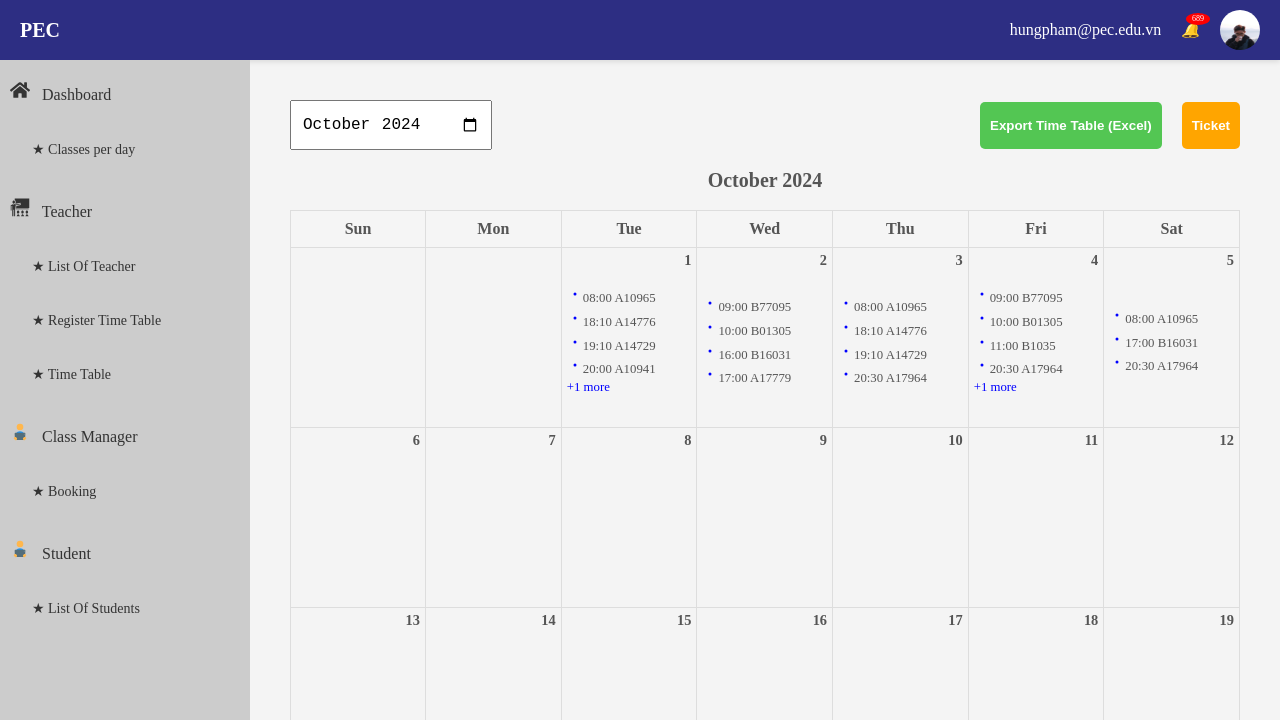
Repository: BitDanceLabels/Bumblebee_BDG
Page: /teacher-timetable
These files come from the project's save history. The page is drawn as it stood at one moment and after the next save; the edit follows.
The browser window is 1280 px wide. The pictures show the whole page.
An inner scrolling area shows only its first screen. The project was rebuilt for these pictures with package versions that can differ from the ones it lists, and the page was loaded fresh each time. Also part of the build but not shown: vite.config.js, src/components/Dashboard/ScheduleComponent.jsx, src/components/Management/Booking.jsx, src/components/modal/CreateStudentModal.jsx, src/components/Student/ListOfStudent.jsx, src/components/modal/CreateTeacherModal.jsx, src/components/Teacher/TeacherTable.jsx, src/components/Teacher/ListOfTeacher.jsx and 9 more. Imported but missing from the stored project, and not drawn on this page: src/components/modal/DeactiveStudentModal.

Above is the page before, as saved 2024-10-07 10:09:59.

After the next save:
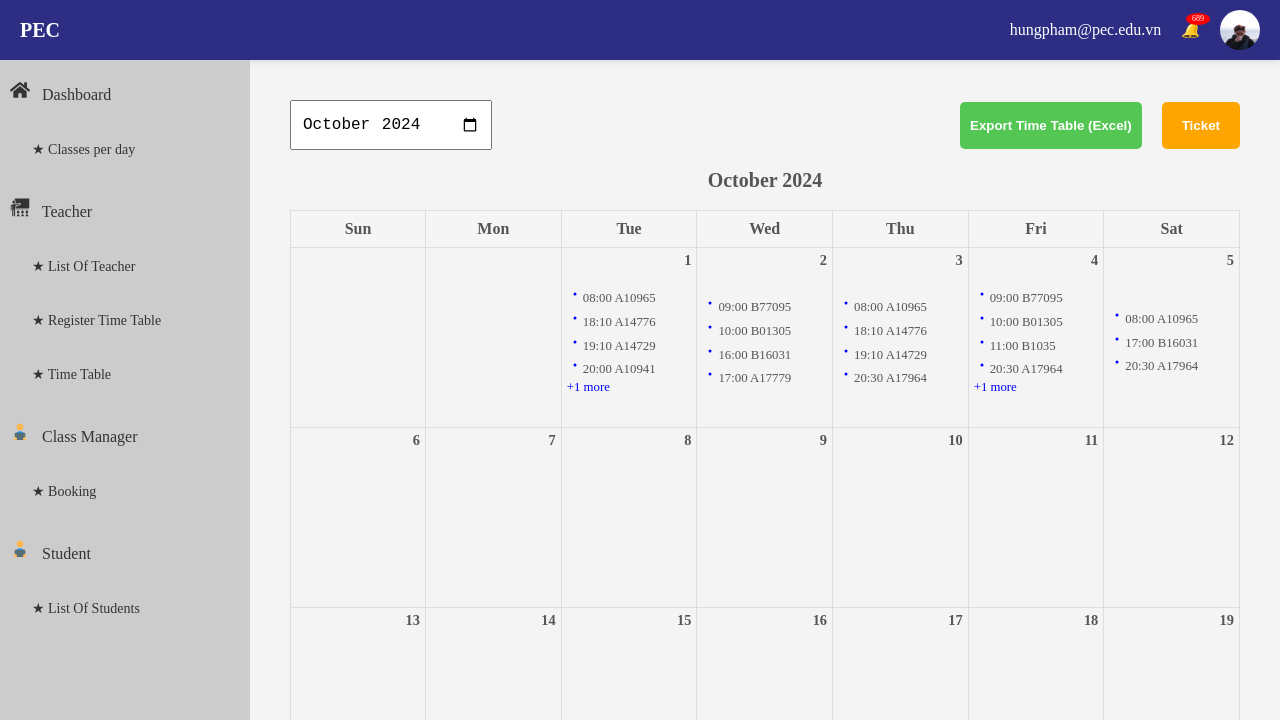
Saved 8 s later.
--- a/src/components/Teacher/TeacherTimeTable.jsx
+++ b/src/components/Teacher/TeacherTimeTable.jsx
@@ -46,7 +46,7 @@ const ExcelButton = styled.button`
 `
 
 const TicketButton = styled.button`
-  padding: 16px 10px;
+  padding: 16px 20px;
   background-color: orange;
   border: none;
   color: white;
